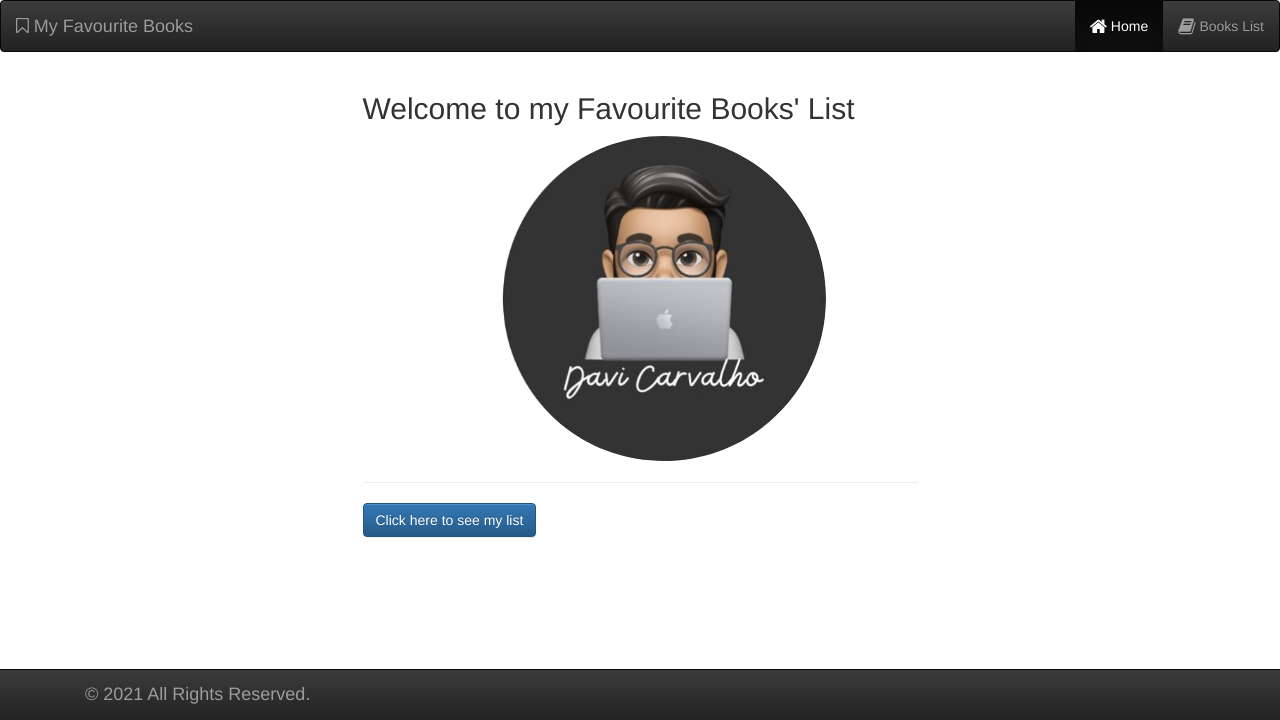
Repository: daviccarvalho/COMP229-M2021-Midterm-301154671
Page: http://localhost/
An editor plug-in stored every save of this project. The page is shown before and after the next save, followed by the edit.
The browser window is 1280 px wide. The pictures show the whole page.
The page is served by the project's Node server (server.js). Other server files are loaded and not shown.

Above is the page before, as saved 2021-06-22 19:06:01.

### server/views/content/index.ejs
<!--
Web App Name: Favourite Book List
Student Name: Davi Cavalcante de Carvalho
Student id# 301154671
June 22, 2021
-->
<%- include('../partials/header.ejs'); %>

    <!-- MAIN CONTENT -->
    <div class="container">
      <div class="row">
        <div class="col-md-offset-3 col-md-6">
          <h2>Welcome to my Favourite Books' List</h2>
        <img src="../../Assets/images/logo.svg" class="col-md-offset-3 pe-4 d-block img-fluid align-top">
      <hr class="my-4">
        <div class="mx-auto" style="width: 200px;">
        <a class="btn btn-primary" href="/books" role="button">Click here to see my list</a>
      </div>
      </div>
    </div>

<%- include('../partials/footer.ejs'); %>

### server/views/partials/header.ejs
<!--
Web App Name: Favourite Book List
Student Name: Davi Cavalcante de Carvalho
Student id# 301154671
June 22, 2021
-->
<!DOCTYPE html>
<html lang="en">
  <head>
    <meta charset="utf-8">
    <meta name="viewport" content="width=device-width, initial-scale=1">
    <title><%= title %></title>
    <!-- CSS SECTION -->
    <link rel="stylesheet" href="/Scripts/lib/bootstrap/dist/css/bootstrap.min.css">
    <link rel="stylesheet" href="/Scripts/lib/bootstrap/dist/css/bootstrap-theme.min.css">
    <link rel="stylesheet" href="/Scripts/lib/font-awesome/css/font-awesome.min.css">
    <link rel="stylesheet" href="/@fortawesome/fontawesome-free/css/all.min.css">
    <link rel='stylesheet' href='/Content/app.css' />
  </head>
  <body>

  <nav class="navbar navbar-inverse" role="navigation">
    <!-- Brand and toggle get grouped for better mobile display -->
    <div class="navbar-header">
      <button type="button" class="navbar-toggle" data-toggle="collapse" data-target=".navbar-ex1-collapse">
        <span class="sr-only">Toggle navigation</span>
        <span class="icon-bar"></span>
        <span class="icon-bar"></span>
        <span class="icon-bar"></span>
      </button>
      <a class="navbar-brand" href="/"><i class="fa fa-bookmark-o"></i> My Favourite Books</a>
    </div>

    <!-- Collect the nav links, forms, and other content for toggling -->
    <div class="collapse navbar-collapse navbar-ex1-collapse">
      <ul class="nav navbar-nav navbar-right">
        <% if(title == "Home") { %>
          <li class="active"><a href="/"><i class="fa fa-home fa-lg"></i> Home</a></li>
        <% } else { %>
          <li><a href="/"><i class="fa fa-home fa-lg"></i> Home</a></li>
        <% } %>

          <% if(title == "books") { %>
          <li class="active"><a href="/books"><i class="fa fa-book fa-lg">
          </i> Books List</a></li>
          <% } else { %>
            <li><a href="/books"><i class="fa fa-book fa-lg">
            </i> Books List</a></li>
          <% } %>

      </ul>
    </div><!-- /.navbar-collapse -->
  </nav>

### server/views/partials/footer.ejs
<!--
Web App Name: Favourite Book List
Student Name: Davi Cavalcante de Carvalho
Student id# 301154671
June 22, 2021
-->
<nav class="navbar navbar-inverse navbar-fixed-bottom">
  <div class="container">
    <h4  class="navbar-text">&copy; 2021 All Rights Reserved.</h4>
  </div>
</nav>



<!-- JAVASCRIPT SECTION -->
    <script src="/Scripts/lib/jquery/dist/jquery.min.js"></script>
    <script src="/Scripts/lib/bootstrap/dist/js/bootstrap.min.js"></script>
    <script src="/Scripts/app.js"></script>
  </body>
</html>

### server.js
/*
Web App Name: Favourite Book List
Student Name: Davi Cavalcante de Carvalho
Student id# 301154671
June 22, 2021*/

let app = require('./server/config/app');
let debug = require('debug')('comp308-w2019-midterm:server');
let http = require('http');

/**
 * Get port from environment and store in Express.
 */

let port = normalizePort(process.env.PORT || '3000');
app.set('port', port);

/**
 * Create HTTP server.
 */

let server = http.createServer(app);

/**
 * Listen on provided port, on all network interfaces.
 */

server.listen(port);
server.on('error', onError);
server.on('listening', onListening);

/**
 * Normalize a port into a number, string, or false.
 */

function normalizePort(val) {
  let port = parseInt(val, 10);

  if (isNaN(port)) {
    // named pipe
    return val;
  }

  if (port >= 0) {
    // port number
    return port;
  }

  return false;
}

/**
 * Event listener for HTTP server "error" event.
 */

function onError(error) {
  if (error.syscall !== 'listen') {
    throw error;
  }

  let bind = typeof port === 'string'
    ? 'Pipe ' + port
    : 'Port ' + port;

  // handle specific listen errors with friendly messages
  switch (error.code) {
    case 'EACCES':
      console.error(bind + ' requires elevated privileges');
      process.exit(1);
      break;
    case 'EADDRINUSE':
      console.error(bind + ' is already in use');
      process.exit(1);
      break;
    default:
      throw error;
  }
}

/**
 * Event listener for HTTP server "listening" event.
 */

function onListening() {
  let addr = server.address();
  let bind = typeof addr === 'string'
    ? 'pipe ' + addr
    : 'port ' + addr.port;
  debug('Listening on ' + bind);
}

### server/routes/index.js
/*
Web App Name: Favourite Book List
Student Name: Davi Cavalcante de Carvalho
Student id# 301154671
June 22, 2021
*/
// modules required for routing
let express = require('express');
let router = express.Router();
let mongoose = require('mongoose');

// define the book model
let book = require('../models/books');

/* GET home page. wildcard */
router.get('/', (req, res, next) => {
  res.render('content/index', {
    title: 'Home',
    books: ''
   });
});

module.exports = router;

### client/Assets/images/logo.svg
<svg width="326" height="327" xmlns="http://www.w3.org/2000/svg" xmlns:xlink="http://www.w3.org/1999/xlink" overflow="hidden"><defs><clipPath id="clip0"><rect x="70" y="63" width="326" height="327"/></clipPath><image width="462" height="455" xlink:href="data:[embedded picture, 33003 characters]" preserveAspectRatio="none" id="img1"></image><clipPath id="clip2"><path d="M70 226.5C70 136.754 142.754 64 232.5 64 322.246 64 395 136.754 395 226.5 395 316.246 322.246 389 232.5 389 142.754 389 70 316.246 70 226.5Z" fill-rule="evenodd" clip-rule="evenodd"/></clipPath></defs><g clip-path="url(#clip0)" transform="translate(-70 -63)"><g clip-path="url(#clip2)"><use width="100%" height="100%" xlink:href="#img1" transform="matrix(0.703463 0 0 0.714286 70 64)"></use></g></g></svg>

### client/Scripts/app.js
/* custom JS goes here */

/* pagination code from http://www.bootply.com/lxa0FF9yhw */
$.fn.pageMe = function(opts){
    var $this = this,
        defaults = {
            perPage: 7,
            showPrevNext: false,
            hidePageNumbers: false
        },
        settings = $.extend(defaults, opts);

    var listElement = $this;
    var perPage = settings.perPage;
    var children = listElement.children();
    var pager = $('.pager');

    if (typeof settings.childSelector!="undefined") {
        children = listElement.find(settings.childSelector);
    }

    if (typeof settings.pagerSelector!="undefined") {
        pager = $(settings.pagerSelector);
    }

    var numItems = children.size();
    var numPages = Math.ceil(numItems/perPage);

    pager.data("curr",0);

    if (settings.showPrevNext){
        $('<li><a href="#" class="prev_link">«</a></li>').appendTo(pager);
    }

    var curr = 0;
    while(numPages > curr && (settings.hidePageNumbers==false)){
        $('<li><a href="#" class="page_link">'+(curr+1)+'</a></li>').appendTo(pager);
        curr++;
    }

    if (settings.showPrevNext){
        $('<li><a href="#" class="next_link">»</a></li>').appendTo(pager);
    }

    pager.find('.page_link:first').addClass('active');
    pager.find('.prev_link').hide();
    if (numPages<=1) {
        pager.find('.next_link').hide();
    }
  	pager.children().eq(1).addClass("active");

    children.hide();
    children.slice(0, perPage).show();

    pager.find('li .page_link').click(function(){
        var clickedPage = $(this).html().valueOf()-1;
        goTo(clickedPage,perPage);
        return false;
    });
    pager.find('li .prev_link').click(function(){
        previous();
        return false;
    });
    pager.find('li .next_link').click(function(){
        next();
        return false;
    });

    function previous(){
        var goToPage = parseInt(pager.data("curr")) - 1;
        goTo(goToPage);
    }

    function next(){
        goToPage = parseInt(pager.data("curr")) + 1;
        goTo(goToPage);
    }

    function goTo(page){
        var startAt = page * perPage,
            endOn = startAt + perPage;

        children.css('display','none').slice(startAt, endOn).show();

        if (page>=1) {
            pager.find('.prev_link').show();
        }
        else {
            pager.find('.prev_link').hide();
        }

        if (page<(numPages-1)) {
            pager.find('.next_link').show();
        }
        else {
            pager.find('.next_link').hide();
        }

        pager.data("curr",page);
      	pager.children().removeClass("active");
        pager.children().eq(page+1).addClass("active");

    }
};

// IIFE
(function(){
  $(".btn-danger").click(function(event){
    if(!confirm("Are you sure?")) {
      event.preventDefault();
      window.location.assign("/books");
    }
  });

 /* pagination code */
  $('#myTable').pageMe(
    {pagerSelector:'#myPager',showPrevNext:true,hidePageNumbers:false,perPage:6}
    );
})();

Loaded but not shown: client/Scripts/lib/bootstrap/dist/css/bootstrap.min.css (library); client/Scripts/lib/bootstrap/dist/css/bootstrap-theme.min.css (library); client/Scripts/lib/font-awesome/css/font-awesome.min.css (library); client/Content/app.css (common file); client/Scripts/lib/jquery/dist/jquery.min.js (library); client/Scripts/lib/bootstrap/dist/js/bootstrap.min.js (library)

After the next save:
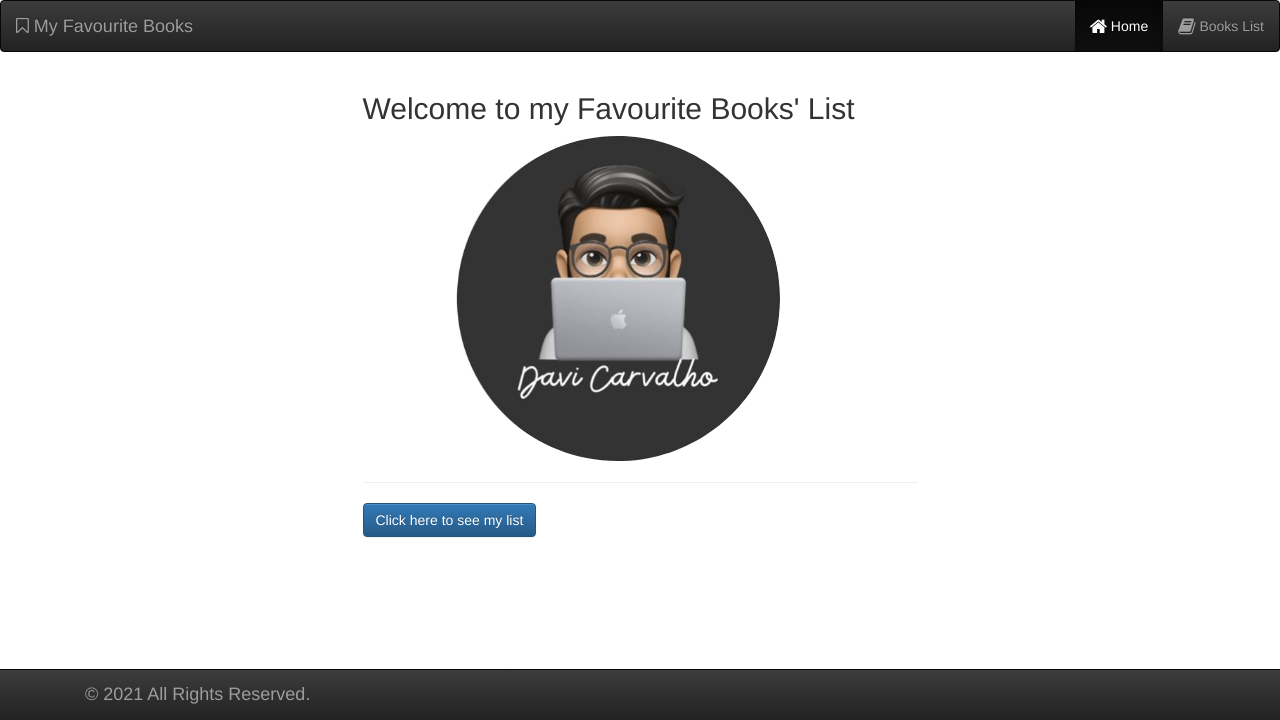
Saved 10 s later.
--- a/server/views/content/index.ejs
+++ b/server/views/content/index.ejs
@@ -11,7 +11,7 @@ June 22, 2021
       <div class="row">
         <div class="col-md-offset-3 col-md-6">
           <h2>Welcome to my Favourite Books' List</h2>
-        <img src="../../Assets/images/logo.svg" class="col-md-offset-3 pe-4 d-block img-fluid align-top">
+        <img src="../../Assets/images/logo.svg" class="col-md-offset-2 pe-4 d-block img-fluid align-top">
       <hr class="my-4">
         <div class="mx-auto" style="width: 200px;">
         <a class="btn btn-primary" href="/books" role="button">Click here to see my list</a>
